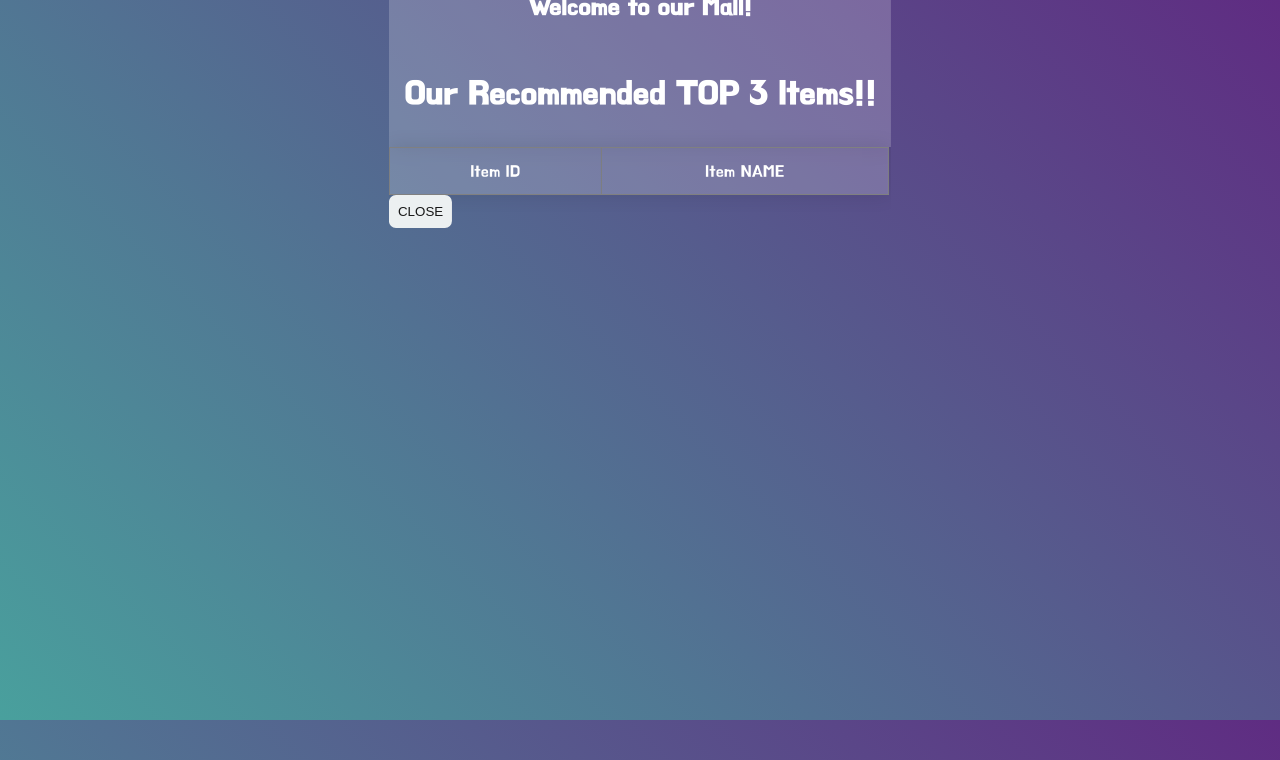
Repository: MIR013/KNU_DB_Project_Team5
Page: http://localhost/Databaase/recommand.jsp
The author's editor kept a copy of each file at every save. The page is drawn from the files as they stood at one save, then again after the next save.
The browser window is 1280 px wide. The pictures show the whole page.
The page is served by Tomcat 9. Queries for data that is not in the repository find no rows.

Above is the page before, as saved 2018-11-22 10:38:23.

After the next save:
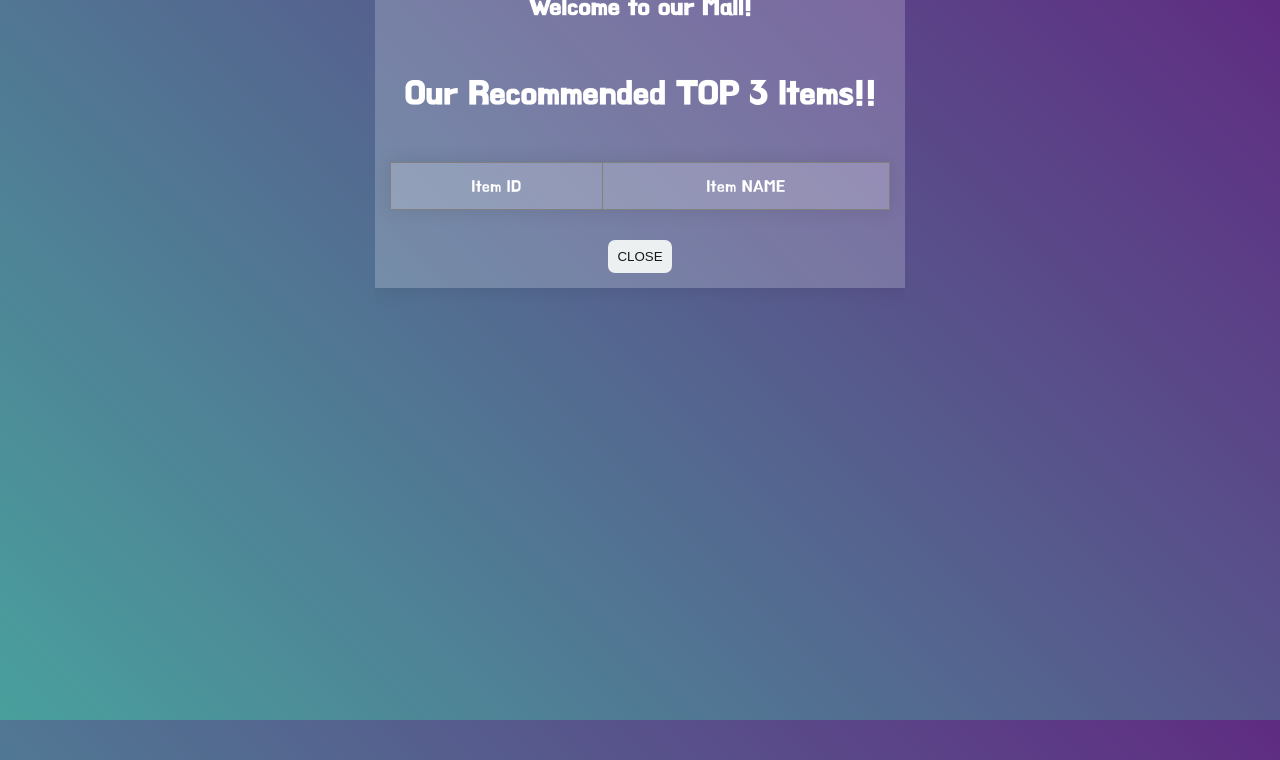
Saved 93 s later.
--- a/dbphase/Databaase/WebContent/recommand.jsp
+++ b/dbphase/Databaase/WebContent/recommand.jsp
@@ -35,7 +35,7 @@ conn.setAutoCommit(false);
 	rs = pstmt.executeQuery();
 	out.print("<div class=\"container\"><table> <tr><th><h2>Welcome to our Mall!</h2></br><h1>Our Recommended TOP 3 Items!!</h1></th></tr>");
 
-	out.print("<tr><table border=\"1\"> ");
+	out.print("<tr><td><table border=\"1\"> ");
 	out.print("<td>Item ID</td>");
 	out.print("<td>Item NAME</td>");
 	while(rs.next()){
@@ -48,7 +48,7 @@ conn.setAutoCommit(false);
 			out.print("<td>"+rs2.getString(1)+"</td>");
 			out.print("<td>"+rs2.getString(2)+"</td>");
 		}
-		out.print("</tr>");
+		out.print("</td></tr>");
 
 
 	}
